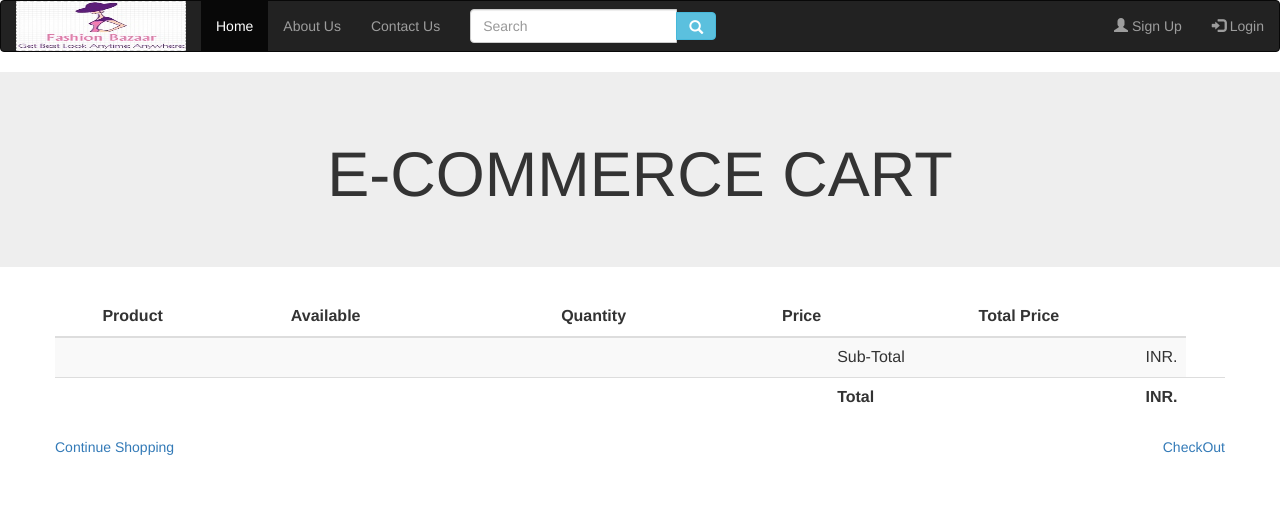
Repository: SmithaMendonca/Project-1
Page: http://localhost/FashionBazarFrontend/WEB-INF/views/Cart.jsp
An editor plug-in stored every save of this project. The page is shown before and after the next save, followed by the edit.
The browser window is 1280 px wide. The pictures show the whole page.
The page is served by Tomcat 9. Nobody is signed in. The template is opened directly, without the code that normally fills it, so the values that code supplies are empty.

Above is the page before, as saved 2019-06-07 05:40:13.

After the next save:
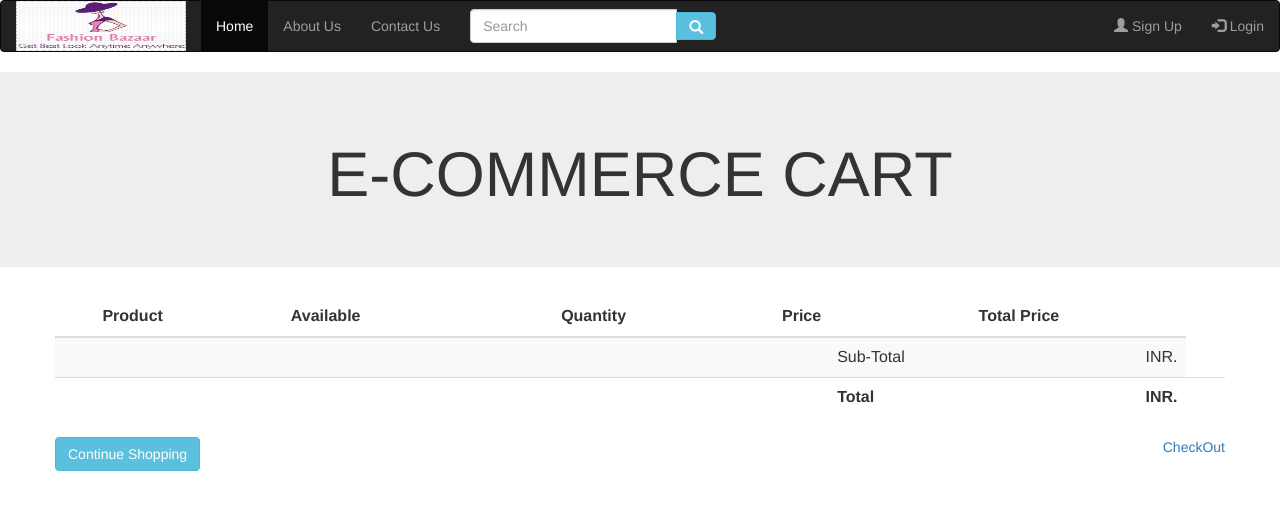
Saved 3 min 12 s later.
--- a/FashionBazarFrontend/src/main/webapp/WEB-INF/views/Cart.jsp
+++ b/FashionBazarFrontend/src/main/webapp/WEB-INF/views/Cart.jsp
@@ -65,7 +65,7 @@
         <div class="col mb-2">
             <div class="row">
                 <div class="col-sm-6  col-md-6 col-sm-6">
-                     <a href="<c:url value="/productPage"/>">Continue Shopping</a>
+                     <a href="<c:url value="/productPage"/>" class="btn btn-info">Continue Shopping</a>
                 </div>
                 <div class="col-sm-6  col-md-6 col-sm-6  text-right">
                      <a href="<c:url value="/checkout"/>">CheckOut</a>
